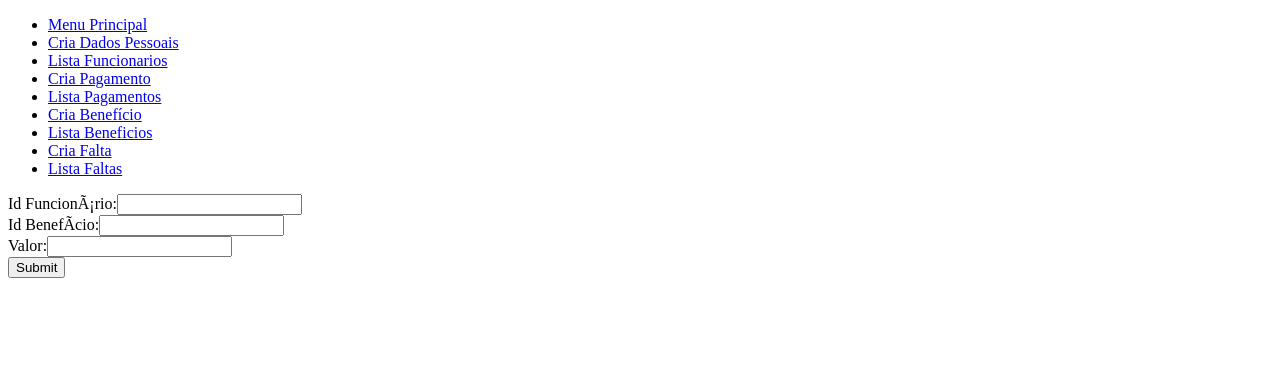
Repository: engcarlosrosa/big_data_proj
Page: rhcontroller/WebContent/cria_beneficios.html
These files come from the project's save history. The page is drawn as it stood at one moment and after the next save; the edit follows.
The browser window is 1280 px wide. The pictures show the whole page.

Above is the page before, as saved 2018-09-19 12:16:14.

### rhcontroller/WebContent/cria_beneficios.html
<!DOCTYPE html>
<html>
<head>
<meta charset="ISO-8859-1">
<title>Insert title here</title>
</head>
<body>
<ul>
  <li><a href="menu.html">Menu Principal</a></li>
  <li><a href="cria_dados_pessoais.html">Cria Dados Pessoais</a></li>
  <li><a href="lista_funcionarios.html">Lista Funcionarios</a></li>
  <li><a href="cria_pagamentos.html">Cria Pagamento</a></li>
  <li><a href="ServiceListaPagamentos">Lista Pagamentos</a></li>
  <li><a href="cria_beneficios.html">Cria Benefício</a></li>
  <li><a href="ServiceListaBeneficios">Lista Beneficios</a></li>
  <li><a href="cria_faltas.html">Cria Falta</a></li>
  <li><a href="ServiceListaFaltas">Lista Faltas</a></li>
</ul>

<form action="ServiceAdicionaBeneficios" method="post">
    Id FuncionÃ¡rio:<input name="id_funcionario" type="text" >
    <br>
    Id BenefÃ­cio:<input name="id_beneficio" type="text" >
    <br>
    Valor:<input name="valor" type="text" >
    <br>
    <input type="submit" value="Submit">
</form>
</body>
</html>

After the next save:
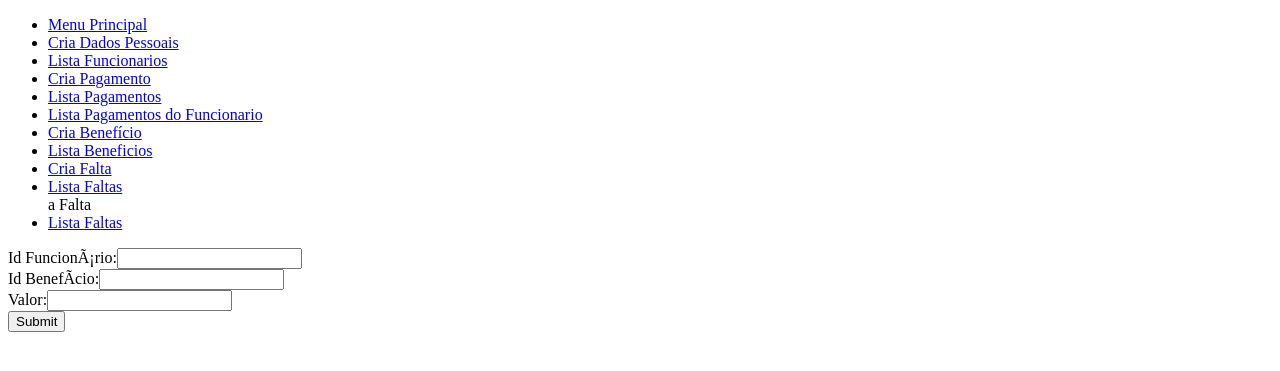
Saved 6 s later.
--- a/rhcontroller/WebContent/cria_beneficios.html
+++ b/rhcontroller/WebContent/cria_beneficios.html
@@ -11,9 +11,11 @@
   <li><a href="lista_funcionarios.html">Lista Funcionarios</a></li>
   <li><a href="cria_pagamentos.html">Cria Pagamento</a></li>
   <li><a href="ServiceListaPagamentos">Lista Pagamentos</a></li>
+  <li><a href="lista_funcionario_pagamentos.html">Lista Pagamentos do Funcionario</a></li>
   <li><a href="cria_beneficios.html">Cria Benefício</a></li>
   <li><a href="ServiceListaBeneficios">Lista Beneficios</a></li>
   <li><a href="cria_faltas.html">Cria Falta</a></li>
+  <li><a href="ServiceListaFaltas">Lista Faltas</a></li>a Falta</a></li>
   <li><a href="ServiceListaFaltas">Lista Faltas</a></li>
 </ul>
 
